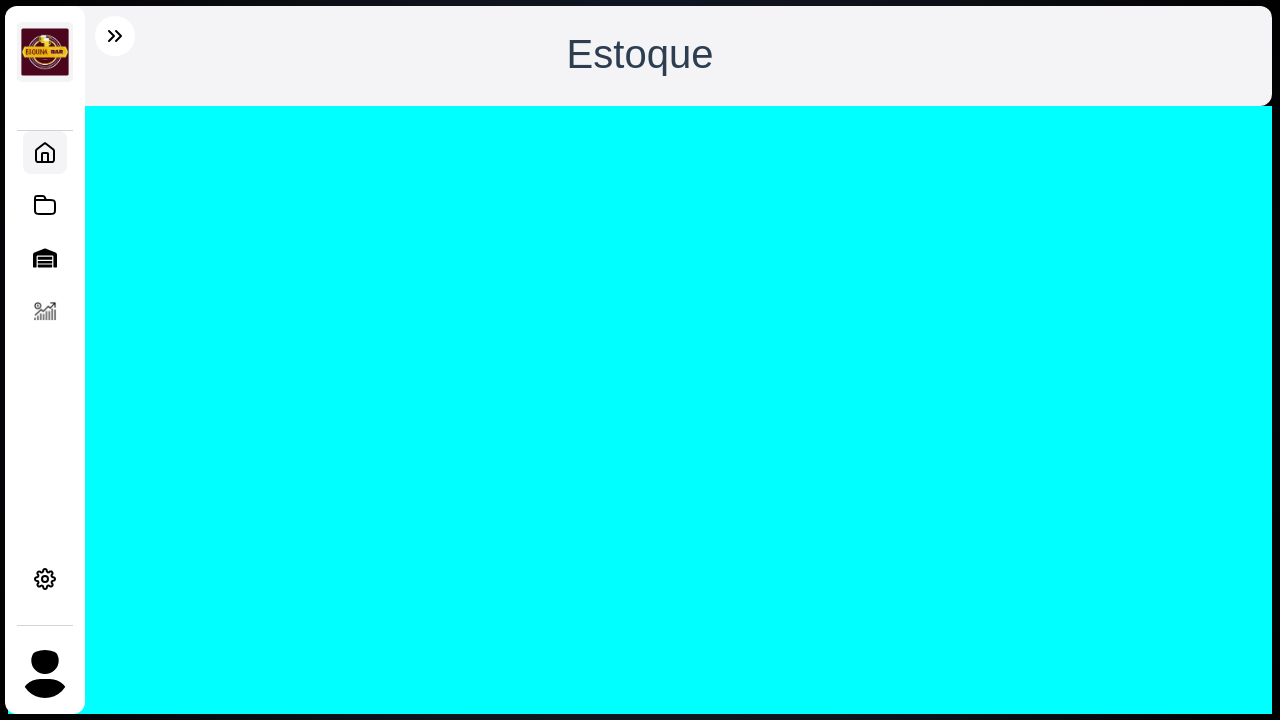
Repository: jazaoo13/Projeto_Oficina_Integracao
Page: / (app in Aplicacao_vue/)
An editor plug-in stored every save of this project. The page is shown before and after the next save, followed by the edit.
The browser window is 1280 px wide. The page is 1287 px wide, so the pictures cover 1287 px, including what lies to the right of the window. The pictures show the whole page.
The page's requests for data from a server got no answer. The project was rebuilt for these pictures with package versions that can differ from the ones it lists, and the page was loaded fresh each time. No one was signed in, and anything a server would have sent is missing. Also part of the build but not shown: Aplicacao_vue/vue.config.js, Aplicacao_vue/src/View/jazao.vue.

Above is the page before, as saved 2023-11-19 14:36:32.

After the next save:
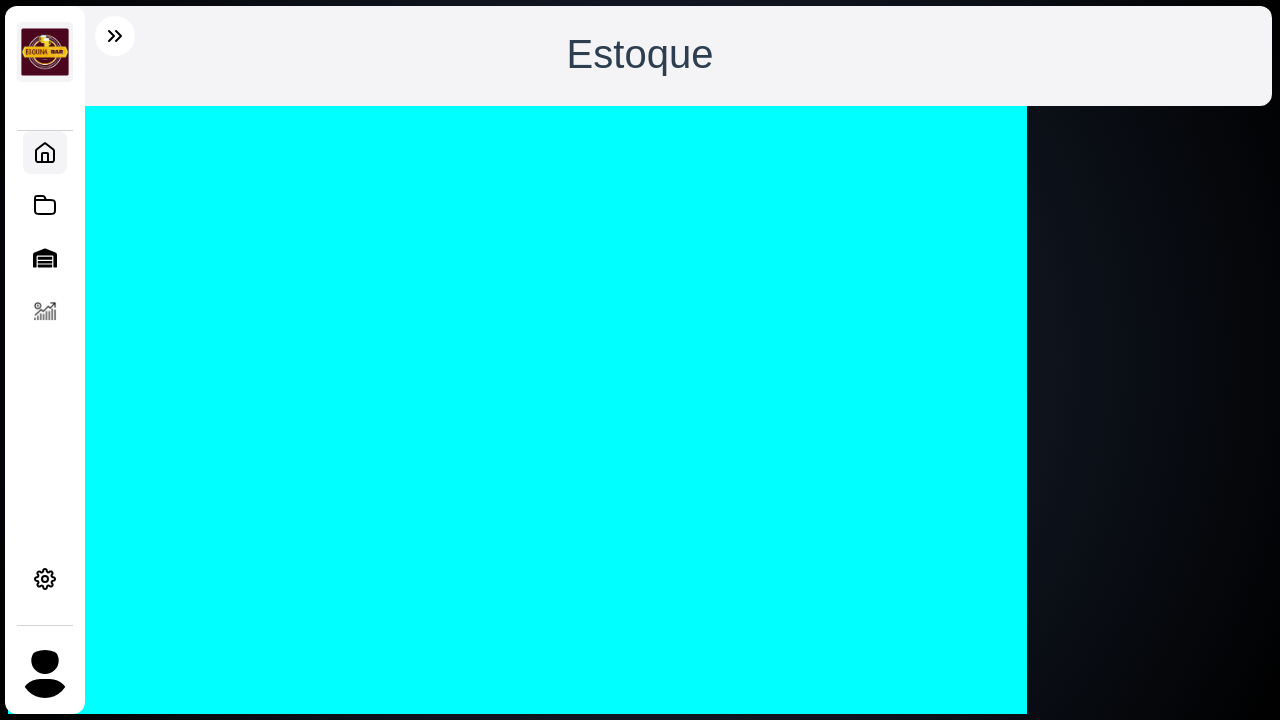
Saved 40 s later.
--- a/Aplicacao_vue/src/components/EstoqueView.vue
+++ b/Aplicacao_vue/src/components/EstoqueView.vue
@@ -22,7 +22,7 @@ import { mapState } from 'vuex'
 <style lang="scss" scoped>
 .backPage{
     background-color: aqua;
-    width: 100%;
+    width: calc(100% - 245px);
     height: 100%;
 }
 </style>
